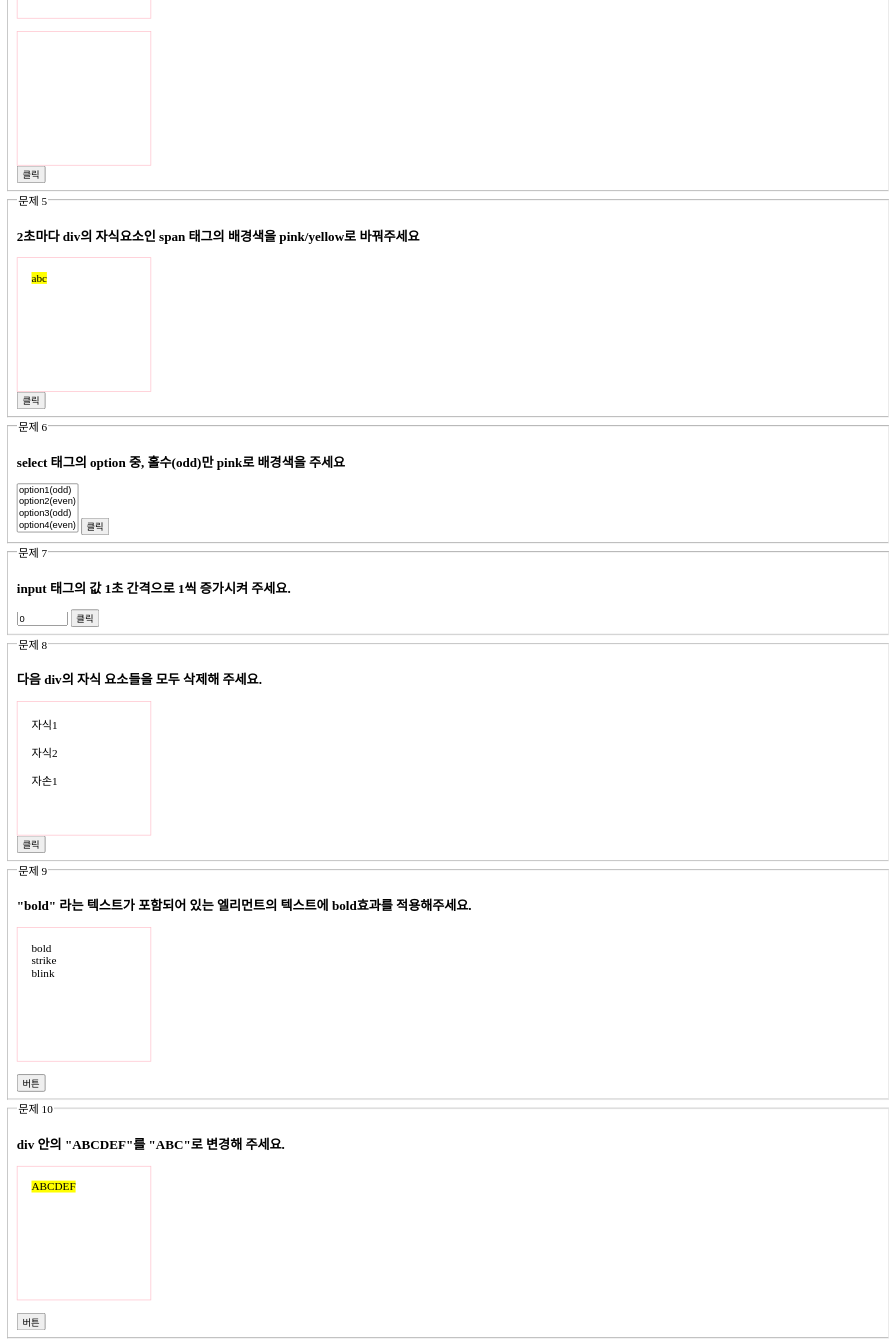
Repository: happyeon/Study_UI
Page: suyeon/WebContent/jqueryTest02_이수연.html
These files come from the project's save history. The page is drawn as it stood at one moment and after the next save; the edit follows.
The browser window is 1280 px wide. The pictures show the part of the page from y = 1162 to 3082 px (the page is 3082 px tall before and 2778 px after), at 70% of full size.
After loading, the first visible `button[onclick="test08();"]` was clicked once.
Some web libraries are served in a nearby version.

Above is the page before, as saved 2021-06-17 11:50:49.
Console error: TypeError: $(...).child is not a function

After the next save:
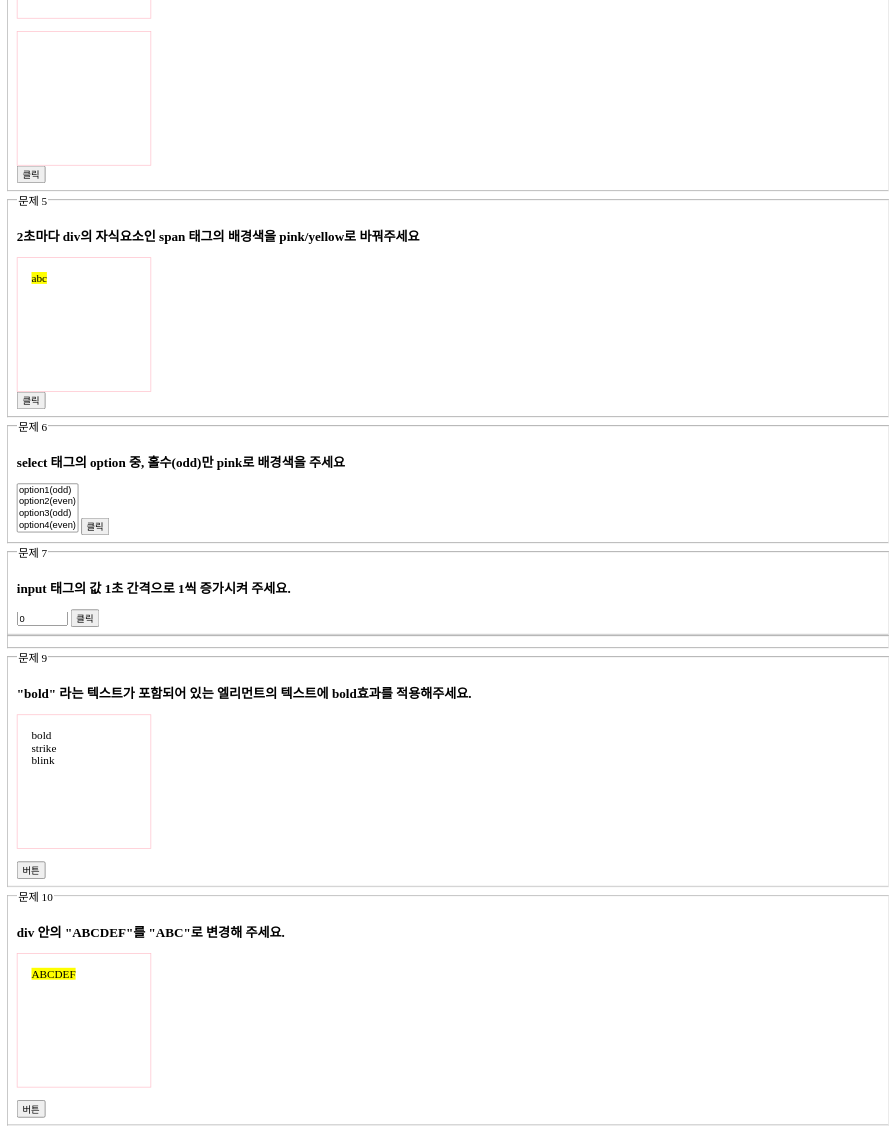
The error is gone.
Saved 15 s later.
--- a/suyeon/WebContent/jqueryTest02_이수연.html
+++ b/suyeon/WebContent/jqueryTest02_이수연.html
@@ -72,7 +72,7 @@
 	}
 
 	function test08() {
-		$(".box:eq(5)").child().empty();
+		$(".box:eq(5)").parent().empty();
 	}
 
 	function test09() {
